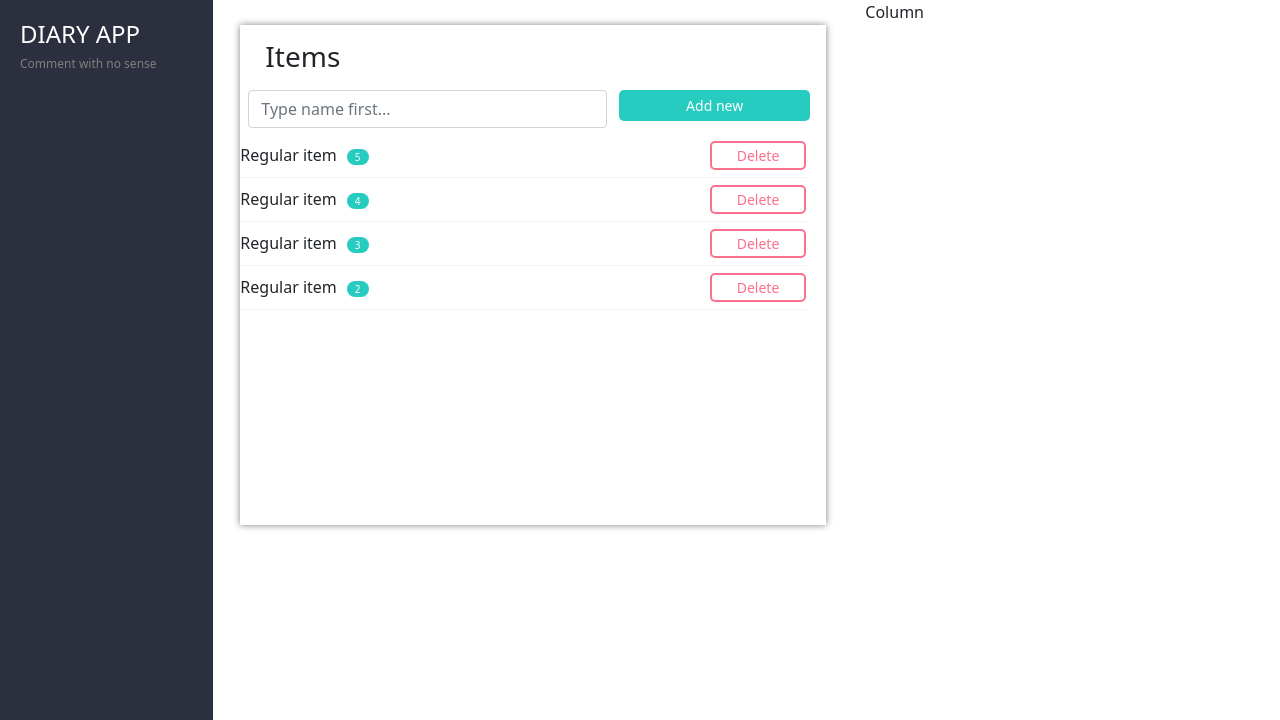
Repository: tsydikov/diary
Page: /
These files come from the project's save history. The page is drawn as it stood at one moment and after the next save; the edit follows.
The browser window is 1280 px wide. The pictures show the whole page.
The project was rebuilt for these pictures with package versions that can differ from the ones it lists, and the page was loaded fresh each time.

Above is the page before, as saved 2021-09-10 21:49:02.

### public/index.html
<!DOCTYPE html>
<html lang="en">
  <head>
    <meta charset="utf-8" />
    <meta name="viewport" content="width=device-width, initial-scale=1" />
    <link href="https://cdn.jsdelivr.net/npm/bootstrap@5.1.1/dist/css/bootstrap.min.css" rel="stylesheet" integrity="sha384-F3w7mX95PdgyTmZZMECAngseQB83DfGTowi0iMjiWaeVhAn4FJkqJByhZMI3AhiU" crossorigin="anonymous">
    <title>Diary App</title>
  </head>
  <body>
    <noscript>You need to enable JavaScript to run this app.</noscript>
    <div id="root"></div>
  </body>
</html>

### src/App.js
import React, { useState } from "react";
import Navbar from "./UI/Navbar/Navbar";
import './styles/App.css'
import Items from "./components/Items";
import ItemForm from "./components/ItemForm";

function App() {
  const [items, setItems] = useState([
    { id: 1, title: 'Regular item', comments: [1, 2, 3, 4, 5] },
    { id: 2, title: 'Regular item', comments: [1, 2, 3, 4] },
    { id: 3, title: 'Regular item', comments: [1, 2, 3] },
    { id: 4, title: 'Regular item', comments: [1, 2] },
  ])
  const createItem = (newItem) => {
    setItems([...items, newItem])
  }


  return (
    <div className="container-fluid" >
      <div className="row " >
        <div className="col-2 px-0" >
          <Navbar />
        </div>
        <div className="col-6">
          <div className="items_cotainer">
            <ItemForm create={createItem} />
            <Items items={items} />
          </div>
        </div>
        <div className="col-4">
          Column
    </div>
      </div>
    </div>
  );
}

export default App;

### src/UI/Navbar/Navbar.jsx
import React from 'react';
import cl from './Navbar.module.css'
// style={{background:'red'}}
const Navbar = () => {
    return (
        <div className={cl.container} >
            <h1>diary app</h1>
            <h3>Comment with no sense</h3>
        </div>
    );
};

export default Navbar;

### src/styles/App.css
* {
    margin: 0;
    padding: 0;
    box-sizing: border-box;
}

#root {
    display: flex;
    flex-direction: column;
    align-items: center;
}

.item_cotainer {
    display: flex;
    justify-content: space-between;
    align-items: center;
    padding: 5px 0;
}

.item_cotainer span {
    font-size: 10px;
    color: white;
    background-color: #27ccc0;
    border-radius: 20px;
    margin: 0 10px;
    padding: 1px 8px;
}

hr {
    margin: 2px 0;
    background: lightgray;
    /* background: tomato; */
}

.items_cotainer {
    /* border: 5px ridge grey; */
    box-shadow: 0 0 7px grey;
    margin: 15px;
    margin-top: 25px;
    min-height: 500px;
    padding-right: 20px;
}

.h3 {
    padding-top: 15px;
    padding-left: 25px;
    font-weight: 200;
}

### src/components/Items.jsx
import React from 'react';
import Item from './Item';

const Items = ({items}) => {

    return (
        <div>
            {items.map(item =>
                <div>
                    <Item item={item} key={item.id} />
                    <hr />
                </div>
            )}
        </div>
    );
};

export default Items;

### src/components/ItemForm.jsx
import React, { useState } from 'react';
import Button from '../UI/Buttons/Button';

const ItemForm = ({create}) => {
    const [title, setTitle] = useState('')

    const addNewItem = (e) => {
        e.preventDefault()
        const newItem = {
          id: Date.now(),
          title,
          comments: []
        }
        create(newItem)
        setTitle('')
      }

    return (
        <div className="container-fluid px-0" >
            <h3 className="h3">Items</h3>
            <div className="row p-2">
              <div className="col-8 ">
                <input
                  value={title}
                  onChange={e => setTitle(e.target.value)}
                  className="form-control"
                  type="text"
                  placeholder="Type name first..."
                />
              </div>
              <div className="col-4 p-0">
                <Button onClick={addNewItem} >Add new</Button>
              </div>
            </div>
          </div>
    );
};

export default ItemForm;

### src/UI/Navbar/Navbar.module.css
.container {
    background: #2b2f3e;
    height: 100vh;
    padding: 20px;
    /* width: initial; */
}

.container h1 {
    text-transform: uppercase;
    color:white;
    font-size: 24px;
    font-weight:200;
}

.container h3 {
    color:grey;
    font-size: 12px;
    font-weight:200;
}

### src/components/Item.jsx
import React from 'react';
import ButtonDelete from '../UI/Buttons/ButtonDelete';

const Item = (props) => {
    return (
        <div className="item_cotainer">
              <div>
                {props.item.title}<span>{props.item.comments.length}</span>
              </div>
              <ButtonDelete>
                Delete
                </ButtonDelete>
            </div>
    );
};

export default Item;

### src/UI/Buttons/Button.jsx
import React from 'react'
import cl from "./Button.module.css";

const Button = ({ children, ...props }) => {
    return (
        <button {...props} className={cl.Btn}>
            {children}
        </button>
    )
}

export default Button;

### src/UI/Buttons/ButtonDelete.jsx
import React from 'react'
import cl from "./Button.module.css";

const ButtonDelete = ({ children, ...props }) => {
    return (
        <button {...props} className={cl.BtnDel}>
            {children}
        </button>
    )
}

export default ButtonDelete;

### src/UI/Buttons/Button.module.css
.Btn {
    padding: 5px 10px;
    color: white;
    font-size: 14px;
    border: none;
    cursor: pointer;
    background-color: #27ccc0;
    border-radius: 5px;
    display:flex;
    align-items:stretch;
    justify-content: center;
    text-align: center;
    width: 100%;
}
.BtnDel {
    padding: 2px 25px;
    color: #fb718d;
    font-size: 14px;
    border: 2px solid #fb718d;
    cursor: pointer;
    background-color: white;
    border-radius: 5px;
    display:flex;
    align-items:stretch;
    text-align: center;
}

Loaded but not shown: src/index.js (common file)

After the next save:
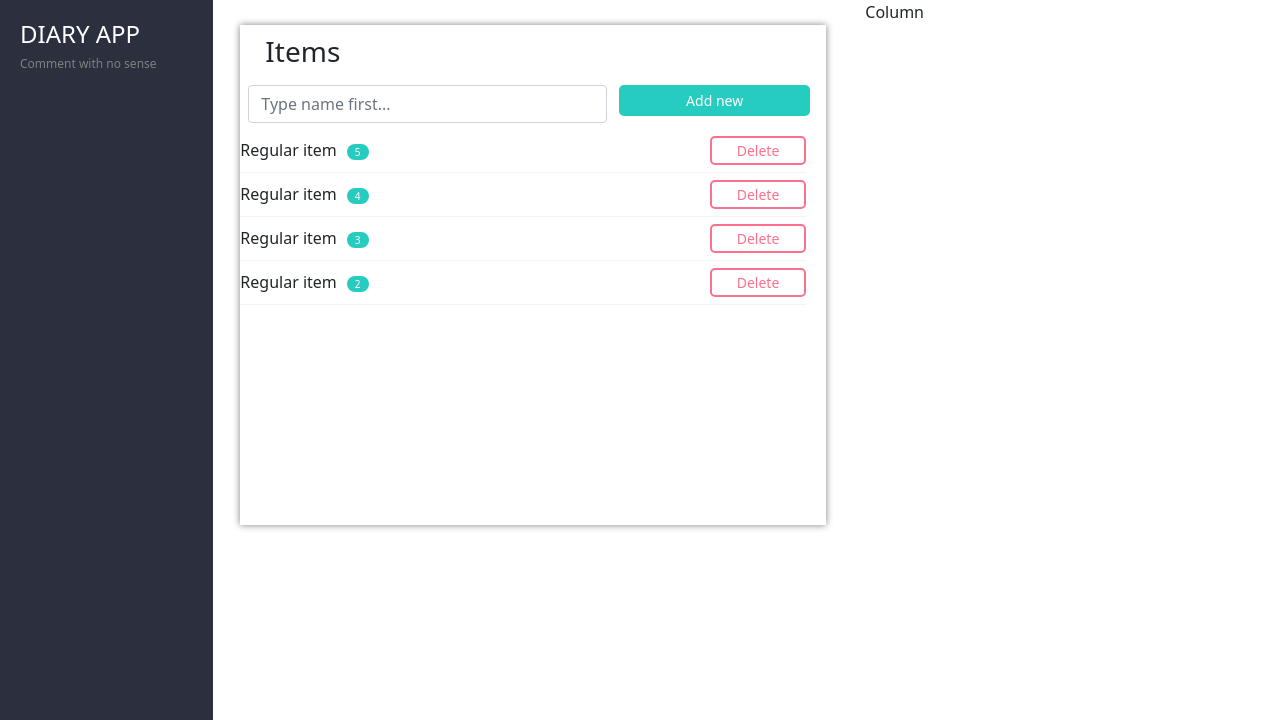
Saved 15 s later.
--- a/src/styles/App.css
+++ b/src/styles/App.css
@@ -42,7 +42,7 @@ hr {
 }
 
 .h3 {
-    padding-top: 15px;
+    padding-top: 10px;
     padding-left: 25px;
     font-weight: 200;
 }
